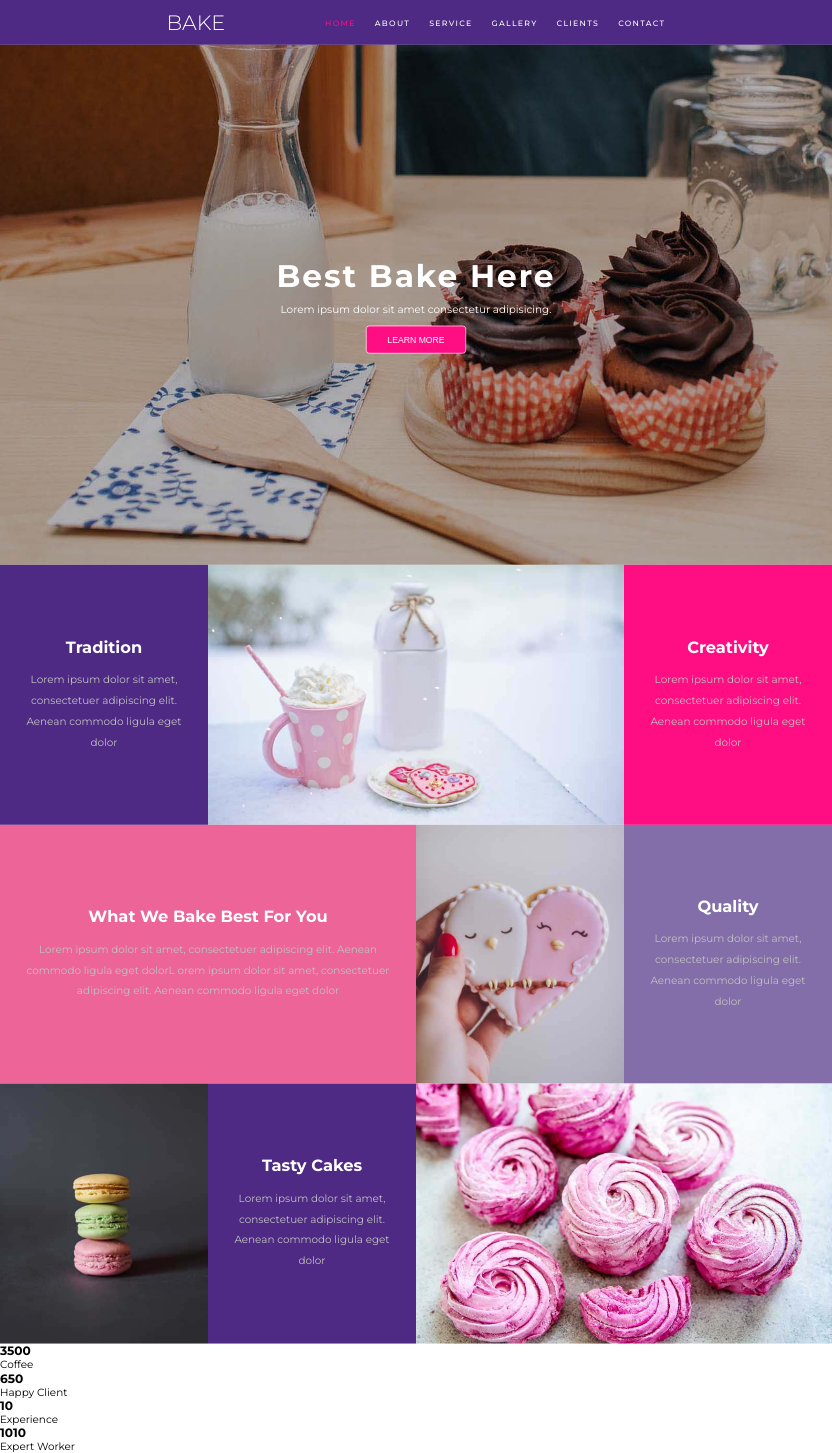
Repository: giahuy405/Bake
Page: index.html
The author's editor kept a copy of each file at every save. The page is drawn from the files as they stood at one save, then again after the next save.
The browser window is 1280 px wide. The pictures show the whole page, at 65% of full size.

Above is the page before, as saved 2022-09-13 15:25:19.

After the next save:
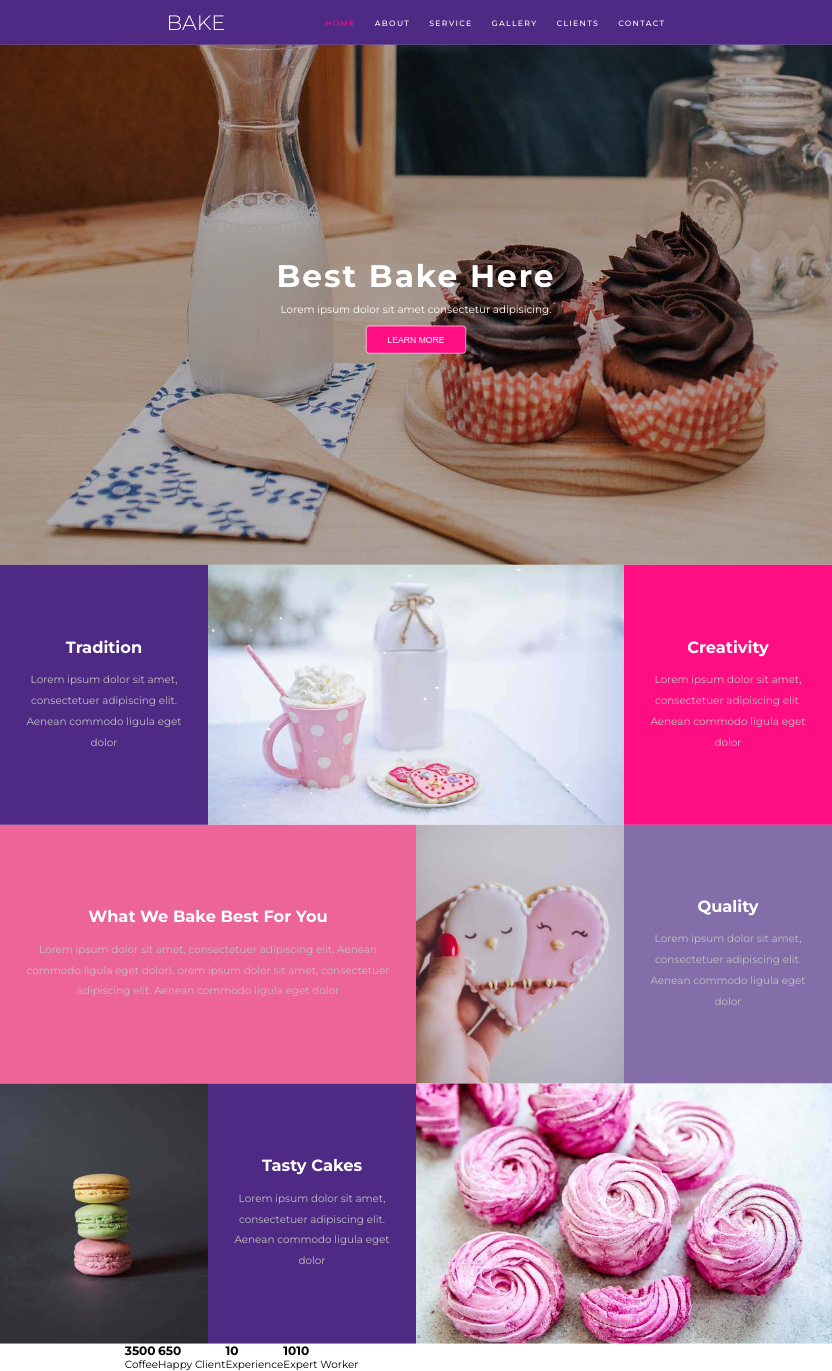
Saved 50 s later.
--- a/css/index.css
+++ b/css/index.css
@@ -120,3 +120,8 @@
     color: #c1c1c1;
     line-height: 2;
 }
+.number{
+    display: flex;
+    width: 70%;
+    margin: 0 auto;
+}
